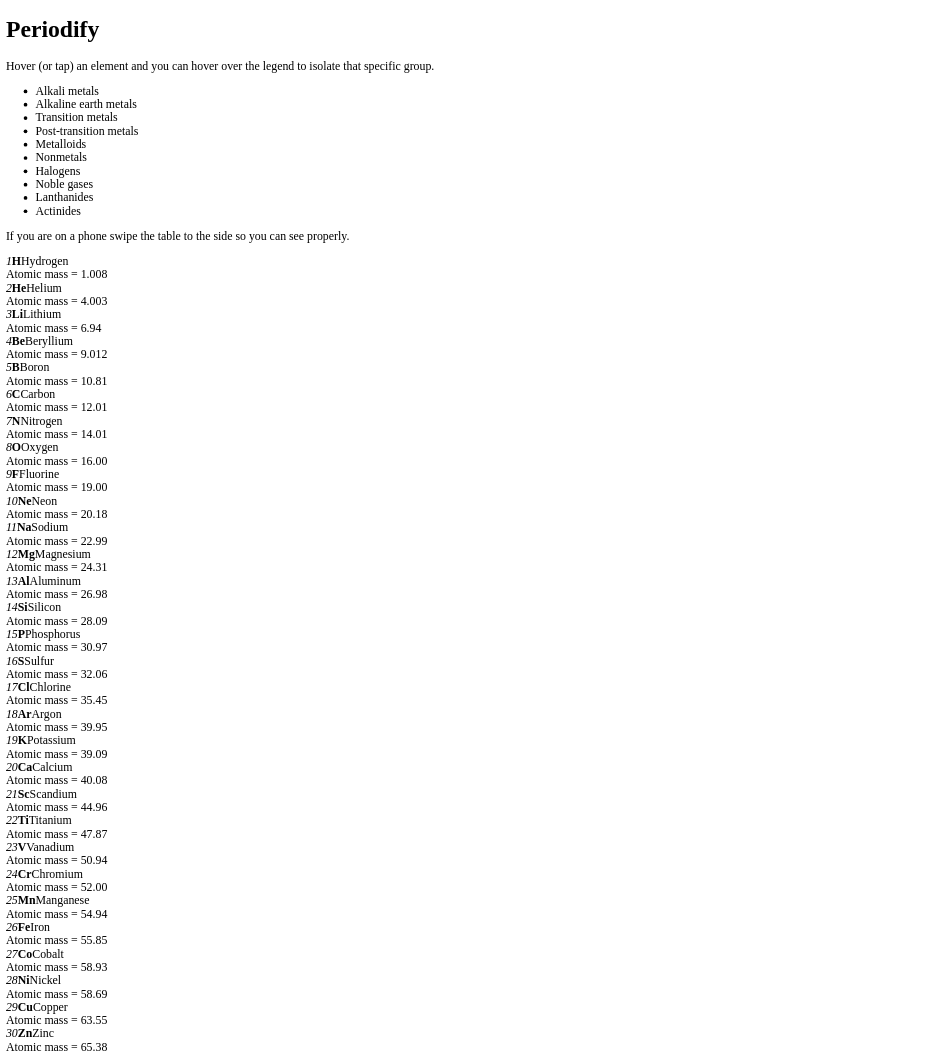
Repository: manayparikh1/Periodify
Page: index.html
The author's editor kept a copy of each file at every save. The page is drawn from the files as they stood at one save, then again after the next save.
The browser window is 1280 px wide. The pictures show the whole page, at 74% of full size.

Above is the page before, as saved 2026-10-12 13:53:53.

### index.html
<!DOCTYPE html>
<html lang="en">

<head>
    <meta charset="UTF-8">
    <meta name="viewport" content="width=device-width, initial-scale=1.0">
    <title>Periodify</title>
</head>

<body>
    <!-- === HTML STARTS here===-->
    <header>
        <h1>Period<span>ify</span></h1>
        <p>Hover (or tap) an element and you can hover over the legend to isolate that specific group.</p>
    </header>
    <!-- === Legend === -->
    <ul class="legend">
        <li class="k-ak" style="--c: var(--ak);">Alkali metals</li>
        <li class="k-ae" style="--c: var(--ae);">Alkaline earth metals</li>
        <li class="k-tm" style="--c: var(--tm);">Transition metals</li>
        <li class="k-pt" style="--c: var(--pt);">Post-transition metals</li>
        <li class="k-md" style="--c: var(--md);">Metalloids</li>
        <li class="k-nm" style="--c: var(--nm);">Nonmetals</li>
        <li class="k-hg" style="--c: var(--hg);">Halogens</li>
        <li class="k-hl" style="--c: var(--hl);">Noble gases</li>
        <li class="k-la" style="--c: var(--la);">Lanthanides</li>
        <li class="k-ac" style="--c: var(--ac);">Actinides</li>
    </ul>
    <p class="hint">If you are on a phone swipe the table to the side so you can see properly.</p>
    <div class="scroll">
        <div class="table">

            <!-- The first period -->
            <div class="el nm" tabindex="0"><i>1</i><b>H</b><span>Hydrogen<br>Atomic mass = 1.008</span></div>
            <div class="gap" style="--n:16"></div>
            <!-- Gives a 16 element gap because hydron and helium are not in the same column -->
            <div class="el ng" tabindex="0"><i>2</i><b>He</b><span>Helium<br>Atomic mass = 4.003</span></div>
            <!-- The second period -->
            <div class="el ak" tabindex="0"><i>3</i><b>Li</b><span>Lithium<br>Atomic mass = 6.94</span></div>
            <div class="el ae" tabindex="0"><i>4</i><b>Be</b><span>Beryllium<br>Atomic mass = 9.012</span></div>
            <div class="gap" style="--n:10"></div>
            <div class="el md" tabindex="0"><i>5</i><b>B</b><span>Boron<br>Atomic mass = 10.81</span></div>
            <div class="el nm" tabindex="0"><i>6</i><b>C</b><span>Carbon<br>Atomic mass = 12.01</span></div>
            <div class="el nm" tabindex="0"><i>7</i><b>N</b><span>Nitrogen<br>Atomic mass = 14.01</span></div>
            <div class="el nm" tabindex="0"><i>8</i><b>O</b><span>Oxygen<br>Atomic mass = 16.00</span></div>
            <div class="el hg" tabindex="0"><i>9</i><b>F</b><span>Fluorine<br>Atomic mass = 19.00</span></div>
            <div class="el ng" tabindex="0"><i>10</i><b>Ne</b><span>Neon<br>Atomic mass = 20.18</span></div>
            <!-- The third period -->
            <div class="el ak" tabindex="0"><i>11</i><b>Na</b><span>Sodium<br>Atomic mass = 22.99</span></div>
            <div class="el ae" tabindex="0"><i>12</i><b>Mg</b><span>Magnesium<br>Atomic mass = 24.31</span></div>
            <div class="gap" style="--n:10"></div>
            <div class="el md" tabindex="0"><i>13</i><b>Al</b><span>Aluminum<br>Atomic mass = 26.98</span></div>
            <div class="el nm" tabindex="0"><i>14</i><b>Si</b><span>Silicon<br>Atomic mass = 28.09</span></div>
            <div class="el nm" tabindex="0"><i>15</i><b>P</b><span>Phosphorus<br>Atomic mass = 30.97</span></div>
            <div class="el nm" tabindex="0"><i>16</i><b>S</b><span>Sulfur<br>Atomic mass = 32.06</span></div>
            <div class="el hg" tabindex="0"><i>17</i><b>Cl</b><span>Chlorine<br>Atomic mass = 35.45</span></div>
            <div class="el ng" tabindex="0"><i>18</i><b>Ar</b><span>Argon<br>Atomic mass = 39.95</span></div>
            <!-- the fourth period -->
            <div class="el ak" tabindex="0"><i>19</i><b>K</b><span>Potassium<br>Atomic mass = 39.09</span></div>
            <div class="el ae" tabindex="0"><i>20</i><b>Ca</b><span>Calcium<br>Atomic mass = 40.08</span></div>
            <div class="el tm" tabindex="0"><i>21</i><b>Sc</b><span>Scandium<br>Atomic mass = 44.96</span></div>
            <div class="el tm" tabindex="0"><i>22</i><b>Ti</b><span>Titanium<br>Atomic mass = 47.87</span></div>
            <div class="el tm" tabindex="0"><i>23</i><b>V</b><span>Vanadium<br>Atomic mass = 50.94</span></div>
            <div class="el tm" tabindex="0"><i>24</i><b>Cr</b><span>Chromium<br>Atomic mass = 52.00</span></div>
            <div class="el tm" tabindex="0"><i>25</i><b>Mn</b><span>Manganese<br>Atomic mass = 54.94</span></div>
            <div class="el tm" tabindex="0"><i>26</i><b>Fe</b><span>Iron<br>Atomic mass = 55.85</span></div>
            <div class="el tm" tabindex="0"><i>27</i><b>Co</b><span>Cobalt<br>Atomic mass = 58.93</span></div>
            <div class="el tm" tabindex="0"><i>28</i><b>Ni</b><span>Nickel<br>Atomic mass = 58.69</span></div>
            <div class="el tm" tabindex="0"><i>29</i><b>Cu</b><span>Copper<br>Atomic mass = 63.55</span></div>
            <div class="el tm" tabindex="0"><i>30</i><b>Zn</b><span>Zinc<br>Atomic mass = 65.38</span></div>







        </div>
    </div>
</body>

















































<style>
    /* the colours */

    :root {
        --bg: #dedfdde9;
        --text: #1c1919;
        --card: #f5f5f5;
        --muted: #a9a9a9;

        --am: #4fa75f;
        /*Alkali metals*/
        --ae: #96773a;
        /*alkaline earth metals*/
        --ac: #765545;
        /*transition metals*/
        --aem: #ffb;
        /*post transition metals*/
        --rnm: rgb(104, 117, 238);
        /*metalloids*/
        --ptt: rgb(189, 153, 210);
        /*halogens*/
        --nm: rgb(234, 121, 121);
        /*non metals*/
        --hl: #bf9b9b;
        /*noble gases*/
        --ng: #f48fb1;
        /*actinades */
        --la: #c0df9d;
        /*lanthanides */

        --wobble: 255px 15px 225px 15px / 15px 225px 15px 255px;
        /*drawn by hand design not accurate rn*/

    }

After the next save:
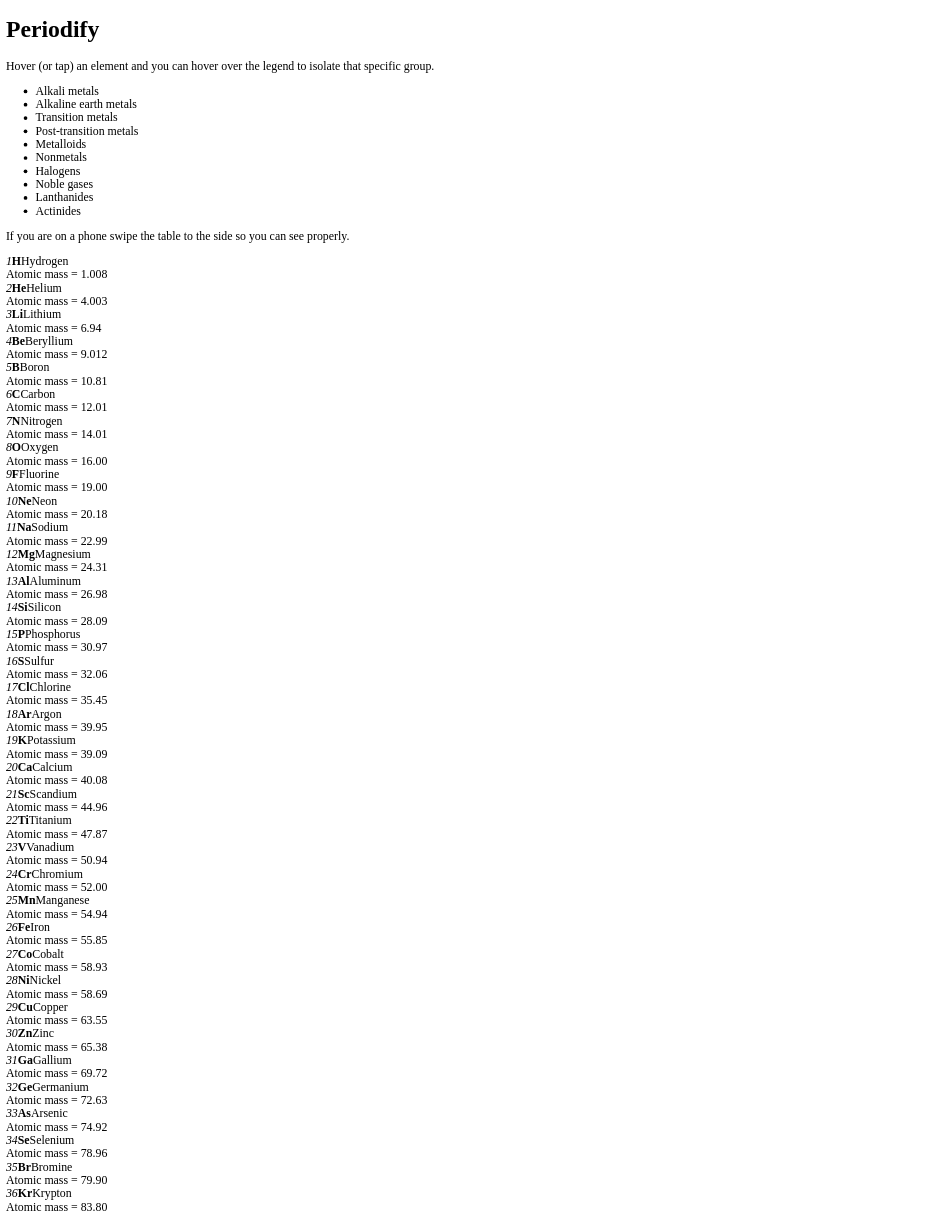
Saved 3 days later.
--- a/index.html
+++ b/index.html
@@ -68,8 +68,13 @@
             <div class="el tm" tabindex="0"><i>28</i><b>Ni</b><span>Nickel<br>Atomic mass = 58.69</span></div>
             <div class="el tm" tabindex="0"><i>29</i><b>Cu</b><span>Copper<br>Atomic mass = 63.55</span></div>
             <div class="el tm" tabindex="0"><i>30</i><b>Zn</b><span>Zinc<br>Atomic mass = 65.38</span></div>
-
-
+            <div class="el pt" tabindex="0"><i>31</i><b>Ga</b><span>Gallium<br>Atomic mass = 69.72</span></div>
+            <div class="el md" tabindex="0"><i>32</i><b>Ge</b><span>Germanium<br>Atomic mass = 72.63</span></div>
+            <div class="el md" tabindex="0"><i>33</i><b>As</b><span>Arsenic<br>Atomic mass = 74.92</span></div>
+            <div class="el nm" tabindex="0"><i>34</i><b>Se</b><span>Selenium<br>Atomic mass = 78.96</span></div>
+            <div class="el hg" tabindex="0"><i>35</i><b>Br</b><span>Bromine<br>Atomic mass = 79.90</span></div>
+            <div class="el ng" tabindex="0"><i>36</i><b>Kr</b><span>Krypton<br>Atomic mass = 83.80</span></div>
+            <!-- the fifth period -->
 
 
 
@@ -78,86 +83,3 @@
         </div>
     </div>
 </body>
-
-
-
-
-
-
-
-
-
-
-
-
-
-
-
-
-
-
-
-
-
-
-
-
-
-
-
-
-
-
-
-
-
-
-
-
-
-
-
-
-
-
-
-
-
-
-
-
-
-<style>
-    /* the colours */
-
-    :root {
-        --bg: #dedfdde9;
-        --text: #1c1919;
-        --card: #f5f5f5;
-        --muted: #a9a9a9;
-
-        --am: #4fa75f;
-        /*Alkali metals*/
-        --ae: #96773a;
-        /*alkaline earth metals*/
-        --ac: #765545;
-        /*transition metals*/
-        --aem: #ffb;
-        /*post transition metals*/
-        --rnm: rgb(104, 117, 238);
-        /*metalloids*/
-        --ptt: rgb(189, 153, 210);
-        /*halogens*/
-        --nm: rgb(234, 121, 121);
-        /*non metals*/
-        --hl: #bf9b9b;
-        /*noble gases*/
-        --ng: #f48fb1;
-        /*actinades */
-        --la: #c0df9d;
-        /*lanthanides */
-
-        --wobble: 255px 15px 225px 15px / 15px 225px 15px 255px;
-        /*drawn by hand design not accurate rn*/
-
-    }
